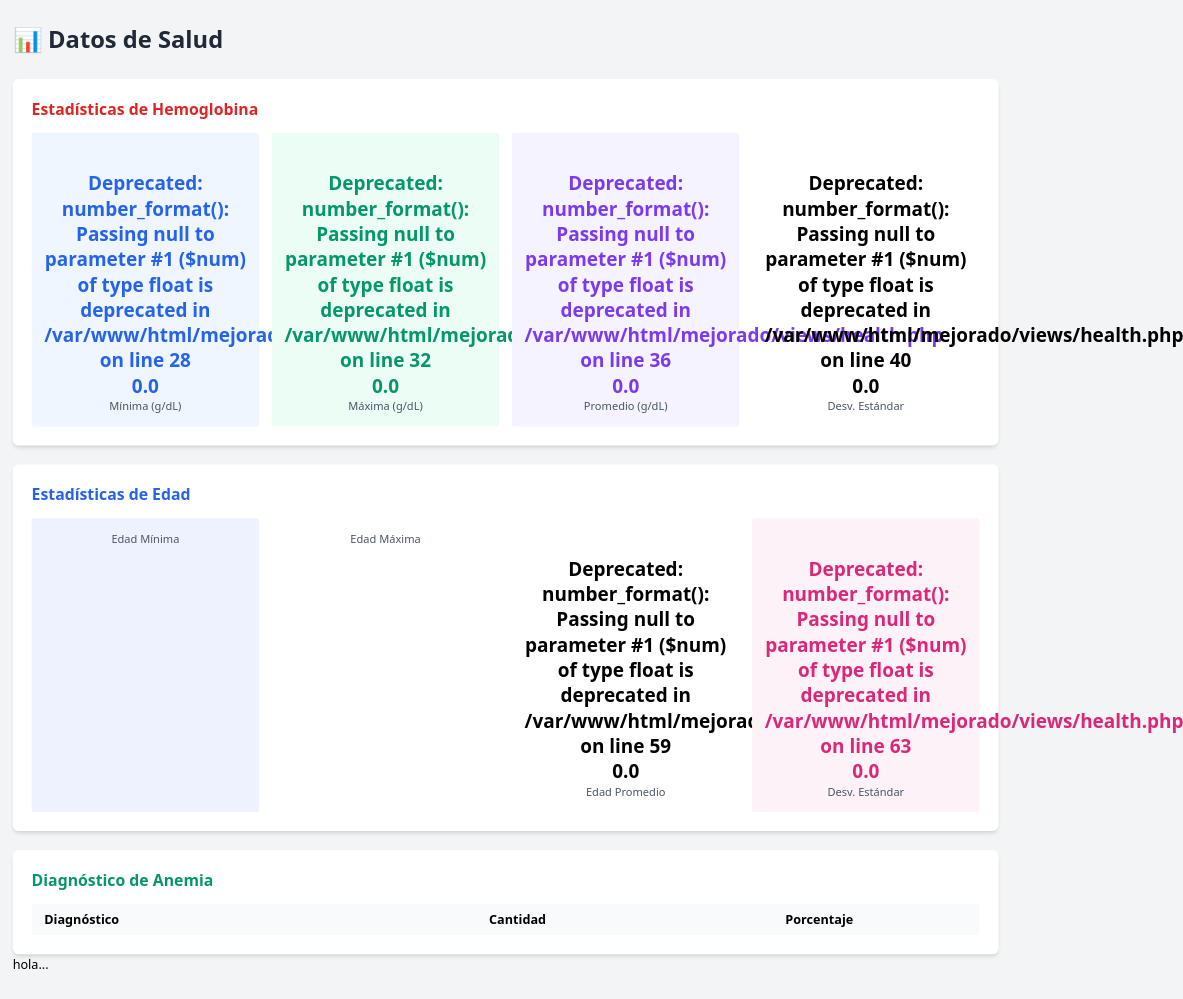
Repository: jayler10/datos_salud_peru
Page: http://localhost/mejorado/views/health.php
These files come from the project's save history. The page is drawn as it stood at one moment and after the next save; the edit follows.
The browser window is 1280 px wide. The page is 1498 px wide, then 1280 px, so the pictures cover 1498 px, including what lies to the right of the window. The pictures show the whole page, at 79% of full size.
The page is run by PHP 8.4 with error messages shown; the project is at /var/www/html/. Queries for data that is not in the repository find no rows.

Above is the page before, as saved 2025-05-28 11:23:45.

### mejorado/views/health.php
<?php
require_once '../controllers/StatsController.php';
require_once '../config/database.php';

$statsController = new StatsController($mysqli);
$anemiaStats = $statsController->getAnemiaStats();
$hemoglobinStats = $statsController->getHemoglobinStats();
$ageStats = $statsController->getAgeStats();
?>

<!DOCTYPE html>
<html lang="es">
<head>
    <meta charset="UTF-8">
    <meta name="viewport" content="width=device-width, initial-scale=1.0">
    <title>Datos de Salud</title>
    <link href="https://cdn.jsdelivr.net/npm/tailwindcss@2.2.19/dist/tailwind.min.css" rel="stylesheet">
</head>
<body class="bg-gray-100">
    <div class="container mx-auto px-4 py-8">
        <h1 class="text-3xl font-bold text-gray-800 mb-8">📊 Datos de Salud</h1>

        <!-- Estadísticas de Hemoglobina -->
        <div class="bg-white rounded-lg shadow-md p-6 mb-6">
            <h2 class="text-xl font-semibold mb-4 text-red-600">Estadísticas de Hemoglobina</h2>
            <div class="grid grid-cols-2 md:grid-cols-4 gap-4">
                <div class="text-center p-4 bg-blue-50 rounded">
                    <div class="text-2xl font-bold text-blue-600"><?= number_format($hemoglobinStats['hb_min'], 1) ?></div>
                    <div class="text-sm text-gray-600">Mínima (g/dL)</div>
                </div>
                <div class="text-center p-4 bg-green-50 rounded">
                    <div class="text-2xl font-bold text-green-600"><?= number_format($hemoglobinStats['hb_max'], 1) ?></div>
                    <div class="text-sm text-gray-600">Máxima (g/dL)</div>
                </div>
                <div class="text-center p-4 bg-purple-50 rounded">
                    <div class="text-2xl font-bold text-purple-600"><?= number_format($hemoglobinStats['hb_promedio'], 1) ?></div>
                    <div class="text-sm text-gray-600">Promedio (g/dL)</div>
                </div>
                <div class="text-center p-4 bg-orange-50 rounded">
                    <div class="text-2xl font-bold text-orange-600"><?= number_format($hemoglobinStats['hb_desviacion_tipica'], 1) ?></div>
                    <div class="text-sm text-gray-600">Desv. Estándar</div>
                </div>
            </div>
        </div>

        <!-- Estadísticas de Edad -->
        <div class="bg-white rounded-lg shadow-md p-6 mb-6">
            <h2 class="text-xl font-semibold mb-4 text-blue-600">Estadísticas de Edad</h2>
            <div class="grid grid-cols-2 md:grid-cols-4 gap-4">
                <div class="text-center p-4 bg-indigo-50 rounded">
                    <div class="text-2xl font-bold text-indigo-600"><?= $ageStats['edad_min'] ?></div>
                    <div class="text-sm text-gray-600">Edad Mínima</div>
                </div>
                <div class="text-center p-4 bg-teal-50 rounded">
                    <div class="text-2xl font-bold text-teal-600"><?= $ageStats['edad_max'] ?></div>
                    <div class="text-sm text-gray-600">Edad Máxima</div>
                </div>
                <div class="text-center p-4 bg-cyan-50 rounded">
                    <div class="text-2xl font-bold text-cyan-600"><?= number_format($ageStats['edad_promedio'], 1) ?></div>
                    <div class="text-sm text-gray-600">Edad Promedio</div>
                </div>
                <div class="text-center p-4 bg-pink-50 rounded">
                    <div class="text-2xl font-bold text-pink-600"><?= number_format($ageStats['edad_desviacion_tipica'], 1) ?></div>
                    <div class="text-sm text-gray-600">Desv. Estándar</div>
                </div>
            </div>
        </div>

        <!-- Estadísticas de Anemia -->
        <div class="bg-white rounded-lg shadow-md p-6">
            <h2 class="text-xl font-semibold mb-4 text-green-600">Diagnóstico de Anemia</h2>
            <div class="overflow-x-auto">
                <table class="min-w-full table-auto">
                    <thead class="bg-gray-50">
                        <tr>
                            <th class="px-4 py-2 text-left">Diagnóstico</th>
                            <th class="px-4 py-2 text-center">Cantidad</th>
                            <th class="px-4 py-2 text-center">Porcentaje</th>
                        </tr>
                    </thead>
                    <tbody>
                        <?php while ($row = $anemiaStats->fetch_assoc()): ?>
                        <tr class="border-b hover:bg-gray-50">
                            <td class="px-4 py-2 font-medium"><?= htmlspecialchars($row['dx_anemia']) ?></td>
                            <td class="px-4 py-2 text-center"><?= number_format($row['cantidad']) ?></td>
                            <td class="px-4 py-2 text-center">
                                <span class="bg-blue-100 text-blue-800 px-2 py-1 rounded text-sm">
                                    <?= number_format($row['porcentaje'], 1) ?>%
                                </span>
                            </td>
                        </tr>
                        <?php endwhile; ?>
                    </tbody>
                </table>
            </div>
        </div>
        <div>
            hola...
        </div>
    </div>

    <!-- Optional: Add some JavaScript for enhanced interactivity -->
    <script>
        // Add hover effects and smooth transitions
        document.addEventListener('DOMContentLoaded', function() {
            // Add smooth hover transitions to stat cards
            const statCards = document.querySelectorAll('.bg-white');
            statCards.forEach(card => {
                card.style.transition = 'transform 0.2s ease-in-out, box-shadow 0.2s ease-in-out';
                card.addEventListener('mouseenter', function() {
                    this.style.transform = 'translateY(-2px)';
                    this.style.boxShadow = '0 8px 25px rgba(0, 0, 0, 0.15)';
                });
                card.addEventListener('mouseleave', function() {
                    this.style.transform = 'translateY(0)';
                    this.style.boxShadow = '0 1px 3px rgba(0, 0, 0, 0.1)';
                });
            });

            // Add loading animation for table if needed
            const tableRows = document.querySelectorAll('tbody tr');
            tableRows.forEach((row, index) => {
                row.style.opacity = '0';
                row.style.transform = 'translateY(20px)';
                setTimeout(() => {
                    row.style.transition = 'opacity 0.3s ease-out, transform 0.3s ease-out';
                    row.style.opacity = '1';
                    row.style.transform = 'translateY(0)';
                }, index * 50);
            });
        });
    </script>
</body>
</html>

### mejorado/config/database.php
<?php
// config/database.php - Configuración de la base de datos

// Mostrar errores (solo en desarrollo)
ini_set('display_errors', 1);
error_reporting(E_ALL);

// Configuración de la base de datos
$db_config = [
    'host' => 'localhost',
    'username' => 'root',
    'password' => '',
    'database' => 'salud_puno',
    'charset' => 'utf8mb4'
];

try {
    // Crear conexión mysqli y asignar a $mysqli
    $mysqli = new mysqli(
        $db_config['host'],
        $db_config['username'],
        $db_config['password'],
        $db_config['database']
    );

    // Configurar charset
    $mysqli->set_charset($db_config['charset']);

    // Verificar conexión
    if ($mysqli->connect_error) {
        throw new Exception('Error de conexión: ' . $mysqli->connect_error);
    }

} catch (Exception $e) {
    die('Error al conectar con la base de datos: ' . $e->getMessage());
}

// Función para cerrar la conexión
function closeDatabase() {
    global $mysqli;
    if ($mysqli) {
        $mysqli->close();
    }
}

// Registrar función de cierre
register_shutdown_function('closeDatabase');

Loaded but not shown: mejorado/controllers/StatsController.php (458 lines, source omitted)

After the next save:
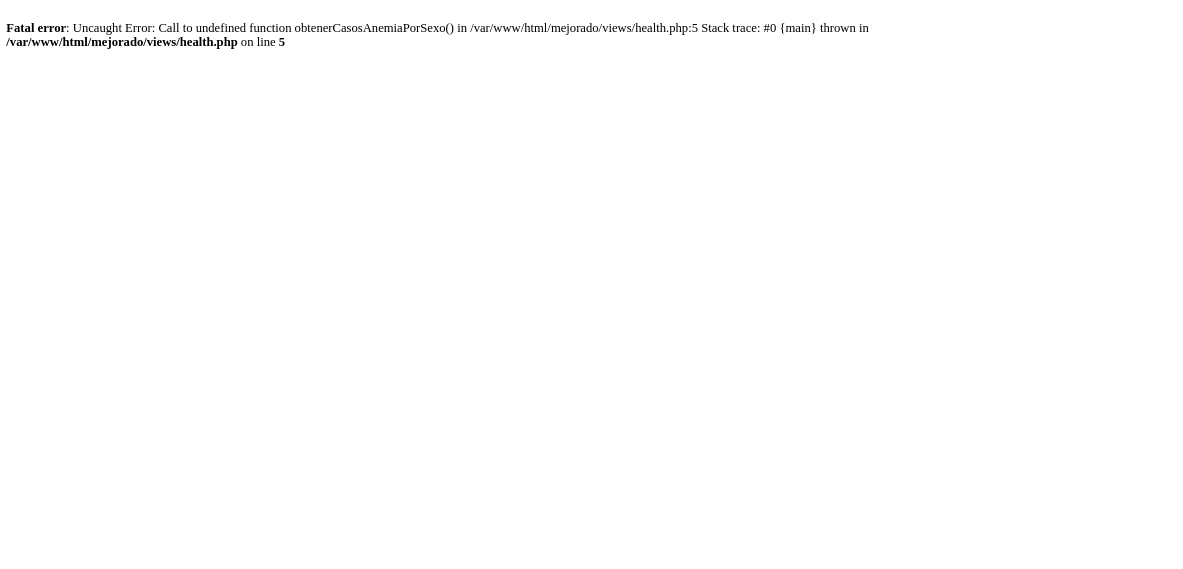
Saved 18 s later.
--- a/mejorado/views/health.php
+++ b/mejorado/views/health.php
@@ -1,6 +1,11 @@
 <?php
 require_once '../controllers/StatsController.php';
 require_once '../config/database.php';
+
+$casosAnemia = obtenerCasosAnemiaPorSexo($pdo);
+
+$totalCasos = array_sum($casosAnemia);
+
 
 $statsController = new StatsController($mysqli);
 $anemiaStats = $statsController->getAnemiaStats();
@@ -94,9 +99,29 @@ $ageStats = $statsController->getAgeStats();
                 </table>
             </div>
         </div>
-        <div>
-            hola...
+        <div class="comparativa-anemia" style="max-width: 400px; margin: 20px auto; font-family: Arial, sans-serif;">
+    <h2>Comparativa Casos de Anemia por Sexo</h2>
+
+    <?php if ($totalCasos === 0): ?>
+        <p>No hay datos disponibles.</p>
+    <?php else: ?>
+        <div style="display: flex; justify-content: space-between; margin-bottom: 10px;">
+            <span>Hombres:</span>
+            <strong><?php echo number_format($casosAnemia['Hombre']); ?></strong>
         </div>
+        <div style="background: #f88; height: 25px; width: 100%; border-radius: 5px; margin-bottom: 15px;">
+            <div style="background: #c00; height: 25px; width: <?php echo round(($casosAnemia['Hombre'] / $totalCasos) * 100); ?>%; border-radius: 5px;"></div>
+        </div>
+
+        <div style="display: flex; justify-content: space-between; margin-bottom: 10px;">
+            <span>Mujeres:</span>
+            <strong><?php echo number_format($casosAnemia['Mujer']); ?></strong>
+        </div>
+        <div style="background: #88f; height: 25px; width: 100%; border-radius: 5px;">
+            <div style="background: #0044cc; height: 25px; width: <?php echo round(($casosAnemia['Mujer'] / $totalCasos) * 100); ?>%; border-radius: 5px;"></div>
+        </div>
+    <?php endif; ?>
+</div>
     </div>
 
     <!-- Optional: Add some JavaScript for enhanced interactivity -->
